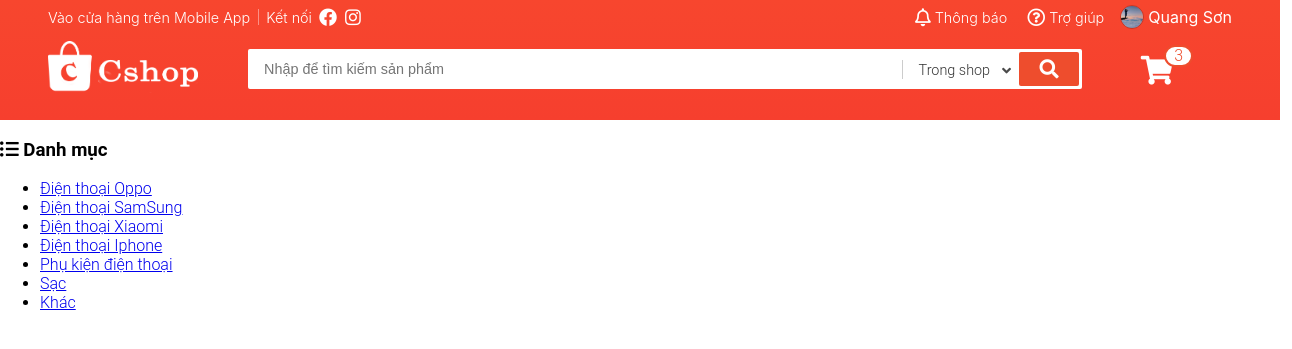
Repository: Qson412/BTL_Web
Page: index.html
An editor plug-in stored every save of this project. The page is shown before and after the next save, followed by the edit.
The browser window is 1280 px wide. The page is 1292 px wide, then 1280 px, so the pictures cover 1292 px, including what lies to the right of the window. The pictures show the whole page.

Above is the page before, as saved 2021-11-30 21:19:36.

After the next save:
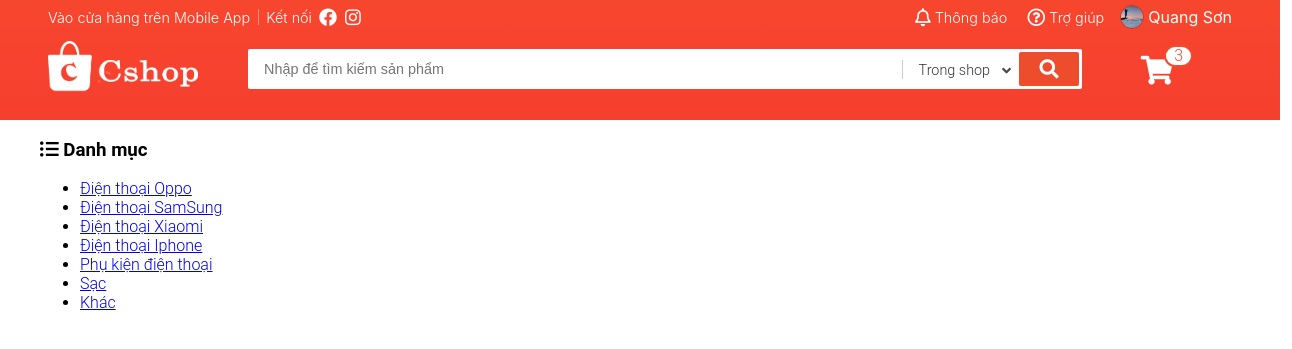
Saved 3 min 56 s later.
--- a/index.html
+++ b/index.html
@@ -261,57 +261,59 @@
 
         <!-- Container-->
         <div class="container">
-           <div class="grid__row">
-               <div class="grid__column-2">
-                <nav class="category">
-                    <h3 class="category__heading">
-                        <i class="fas fa-list-ul"></i>
-                        Danh mục
-                    </h3>
-
-                    <ul class="category-list">
-                        <li class="category-item category-item--active">
-                            <a href="#" class="category-item__link">
-                                Điện thoại Oppo
-                            </a>
-                        </li>
-                        <li class="category-item">
-                            <a href="#" class="category-item__link">
-                                Điện thoại SamSung
-                            </a>
-                        </li>
-                        <li class="category-item">
-                            <a href="#" class="category-item__link">
-                                Điện thoại Xiaomi
-                            </a>
-                        </li>
-                        <li class="category-item">
-                            <a href="#" class="category-item__link">
-                                Điện thoại Iphone
-                            </a>
-                        </li>
-                        <li class="category-item">
-                            <a href="#" class="category-item__link">
-                                Phụ kiện điện thoại
-                            </a>
-                        </li>
-                        <li class="category-item">
-                            <a href="#" class="category-item__link">
-                                Sạc
-                            </a>
-                        </li>
-                        <li class="category-item">
-                            <a href="#" class="category-item__link">
-                                Khác
-                            </a>
-                        </li>
-                    </ul>
-                </nav>
-               </div>
-
-               <div class="grid__column-10">
-
-               </div>
+           <div class="grid">
+            <div class="grid__row">
+                <div class="grid__column-2">
+                 <nav class="category">
+                     <h3 class="category__heading">
+                         <i class="fas fa-list-ul"></i>
+                         Danh mục
+                     </h3>
+
+                     <ul class="category-list">
+                         <li class="category-item category-item--active">
+                             <a href="#" class="category-item__link">
+                                 Điện thoại Oppo
+                             </a>
+                         </li>
+                         <li class="category-item">
+                             <a href="#" class="category-item__link">
+                                 Điện thoại SamSung
+                             </a>
+                         </li>
+                         <li class="category-item">
+                             <a href="#" class="category-item__link">
+                                 Điện thoại Xiaomi
+                             </a>
+                         </li>
+                         <li class="category-item">
+                             <a href="#" class="category-item__link">
+                                 Điện thoại Iphone
+                             </a>
+                         </li>
+                         <li class="category-item">
+                             <a href="#" class="category-item__link">
+                                 Phụ kiện điện thoại
+                             </a>
+                         </li>
+                         <li class="category-item">
+                             <a href="#" class="category-item__link">
+                                 Sạc
+                             </a>
+                         </li>
+                         <li class="category-item">
+                             <a href="#" class="category-item__link">
+                                 Khác
+                             </a>
+                         </li>
+                     </ul>
+                 </nav>
+                </div>
+
+                <div class="grid__column-10">
+
+                </div>
+            </div>
            </div>
         </div>
 
